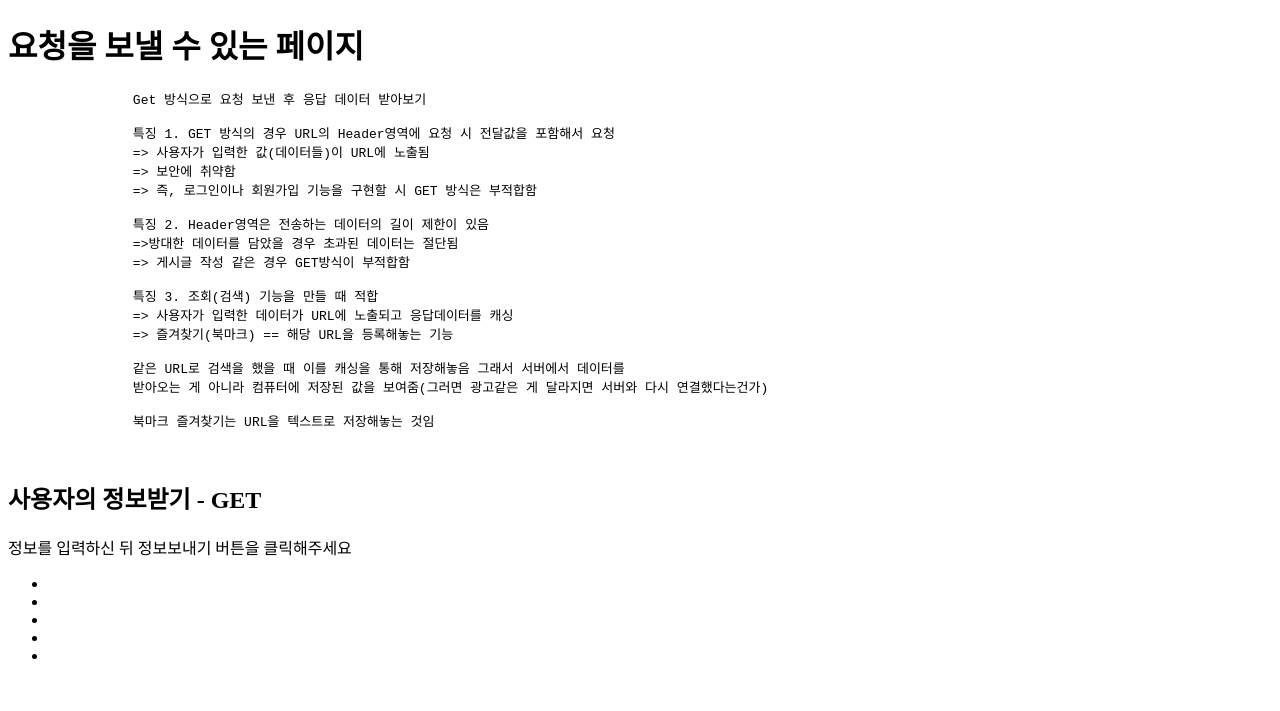
Repository: 1018lmh-hub/java_dynamic
Page: MyFirstWebProject/src/main/webapp/views/request_get.html
These files come from the project's save history. The page is drawn as it stood at one moment and after the next save; the edit follows.
The browser window is 1280 px wide. The pictures show the whole page.

Above is the page before, as saved 2026-05-04 05:04:41.

### MyFirstWebProject/src/main/webapp/views/request_get.html
<!DOCTYPE html>
<html>
<head>
<meta charset="UTF-8">
<title>요청을 보내야겠다</title>
</head>
<body>

	<h1>요청을 보낼 수 있는 페이지</h1>

	<pre>
		Get 방식으로 요청 보낸 후 응답 데이터 받아보기

		특징 1. GET 방식의 경우 URL의 Header영역에 요청 시 전달값을 포함해서 요청
		=> 사용자가 입력한 값(데이터들)이 URL에 노출됨
		=> 보안에 취약함
		=> 즉, 로그인이나 회원가입 기능을 구현할 시 GET 방식은 부적합함

		특징 2. Header영역은 전송하는 데이터의 길이 제한이 있음
		=>방대한 데이터를 담았을 경우 초과된 데이터는 절단됨
		=> 게시글 작성 같은 경우 GET방식이 부적합함

		특징 3. 조회(검색) 기능을 만들 때 적합
		=> 사용자가 입력한 데이터가 URL에 노출되고 응답데이터를 캐싱
		=> 즐겨찾기(북마크) == 해당 URL을 등록해놓는 기능

		같은 URL로 검색을 했을 때 이를 캐싱을 통해 저장해놓음 그래서 서버에서 데이터를
		받아오는 게 아니라 컴퓨터에 저장된 값을 보여줌(그러면 광고같은 게 달라지면 서버와 다시 연결했다는건가)

		북마크 즐겨찾기는 URL을 텍스트로 저장해놓는 것임

	</pre>


	<h2>사용자의 정보받기 - GET</h2>
	<p>정보를 입력하신 뒤 정보보내기 버튼을 클릭해주세요</p>

	<form method = "get" action="">
		<ul>
			<li>

			</li>
			<li>

			</li>
			<li>

			</li>
			<li>

			</li>
			<li>

			</li>
		</ul>

	</form>
</body>
</html>

After the next save:
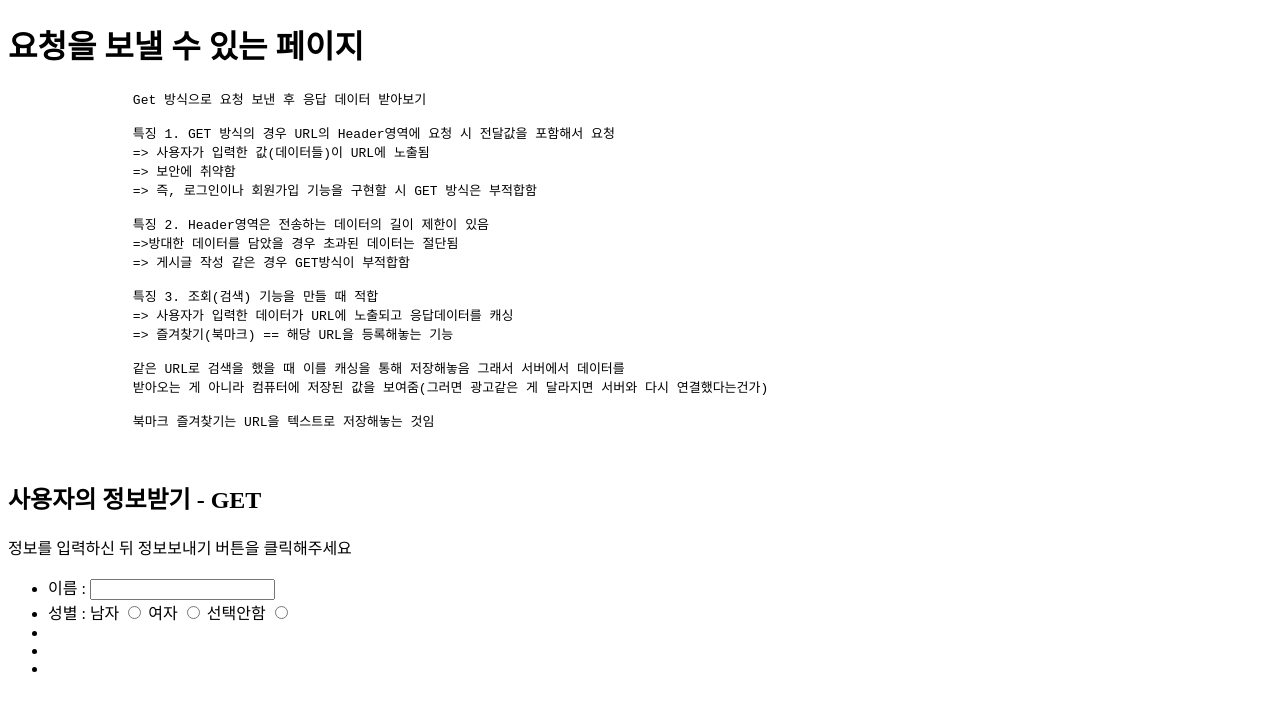
Saved 2 min 19 s later.
--- a/MyFirstWebProject/src/main/webapp/views/request_get.html
+++ b/MyFirstWebProject/src/main/webapp/views/request_get.html
@@ -38,10 +38,13 @@
 	<form method = "get" action="">
 		<ul>
 			<li>
-
+				이름 : <input type = "text" name = "name"/>
 			</li>
 			<li>
-
+				성별 :
+				남자 <input type="radio"/>
+				여자 <input type="radio"/>
+				선택안함 <input type="radio"/>
 			</li>
 			<li>
 
